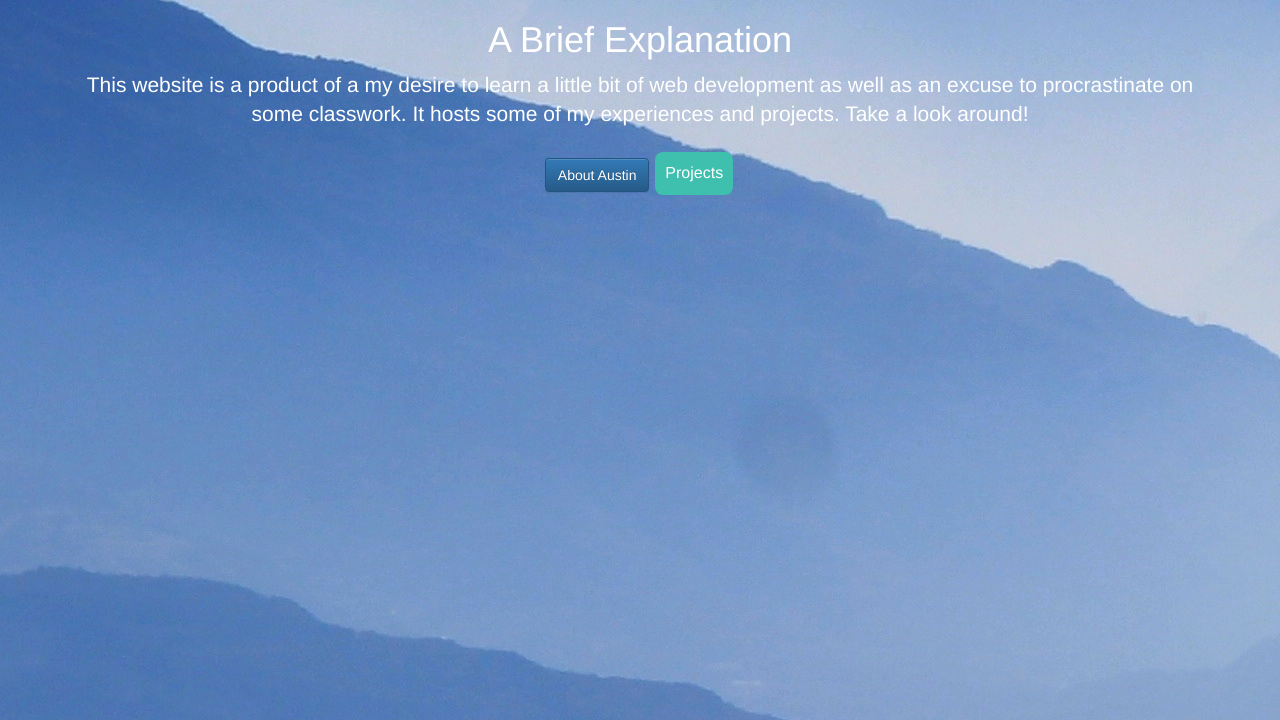
Repository: austinHerring/PersonalWebsite
Page: PersonalWebsite/WebContent/index.html
These files come from the project's save history. The page is drawn as it stood at one moment and after the next save; the edit follows.
The browser window is 1280 px wide. The pictures show the whole page.

Above is the page before, as saved 2016-06-12 22:35:07.

### PersonalWebsite/WebContent/index.html
<html>
	<head>
		<meta charset="utf-8"/>
		<title>Home - Austin</title>
		<link rel="stylesheet" href="css/bootstrap.min.css">
		<link rel="stylesheet" href="css/bootstrap-theme.min.css">
		<link rel="stylesheet" href="css/main.css">
	</head>
	<body>

		<div class="container" id="page-wrap">
			<div class="row">
				<div class="col-lg-12">
					<h1>A Brief Explanation</h1>
					<p class="lead">This website is a product of a my desire to learn a little bit of web development as well as an excuse to procrastinate on some classwork. It hosts some of my experiences and projects. Take a look around!</p>
				</div>
			</div>
			<div class="row">
				<div class="col-lg-12">
					<a class="btn btn-primary" href="about.html" role="button">About Austin</a>
					<a class="button button1" href="projects.html" role="button">Projects</a>
				</div>
			</div>
		</div>

		<div id="bg">
			<img src="images/background.jpg" alt="">
		</div>

		<script src="js/jquery.min.js"></script>
		<script src="js/bootstrap.min.js"></script>
	</body>
</html>

### PersonalWebsite/WebContent/css/main.css
body {
    width: 100%;
    height: 100%;
    text-align: center;
    color: #fff;
    background-color:#000;
}

#bg {
	position:fixed;
	top:-50%;
	left:-50%;
	width:100%;
	height:80%;
}

#bg img {
	position:absolute;
	top:0;
	left:0;
	right:0;
	bottom:0;
	margin:auto;
	min-width:50%;
	min-height:50%;
}

#page-wrap { position: relative; z-index: 2}

.button {
    background-color: #3fbfad; /* Green */
    border: none;
    color: white;
    padding: 8px 8px;
    text-align: center;
    text-decoration: none;
    display: inline-block;
    font-size: 16px;
    margin: 4px 2px;
    -webkit-transition-duration: 0.4s; /* Safari */
    transition-duration: 0.4s;
    cursor: pointer;
    border-radius: 8px;
}

.button1 {
    background-color: #3fbfad;
    color: white;
    border: 2px solid #3fbfad;
}

.button1:hover {
    background:rgba(0,0,0,0);
    color: #3fbfad;
    text-decoration: none;
}

Loaded but not shown: PersonalWebsite/WebContent/css/bootstrap.min.css (library); PersonalWebsite/WebContent/css/bootstrap-theme.min.css (library); PersonalWebsite/WebContent/js/jquery.min.js (library); PersonalWebsite/WebContent/js/bootstrap.min.js (library)

After the next save:
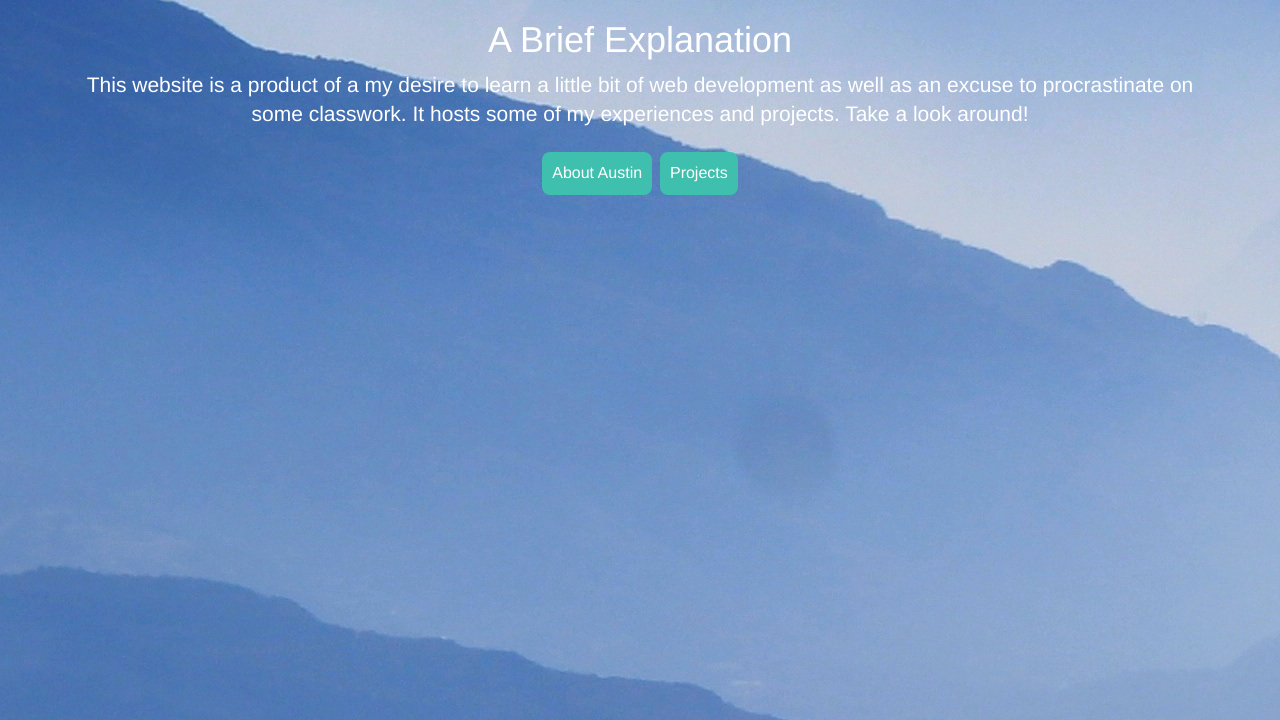
Saved 29 s later.
--- a/PersonalWebsite/WebContent/index.html
+++ b/PersonalWebsite/WebContent/index.html
@@ -17,7 +17,7 @@
 			</div>
 			<div class="row">
 				<div class="col-lg-12">
-					<a class="btn btn-primary" href="about.html" role="button">About Austin</a>
+					<a class="button button1" href="about.html" role="button">About Austin</a>
 					<a class="button button1" href="projects.html" role="button">Projects</a>
 				</div>
 			</div>
